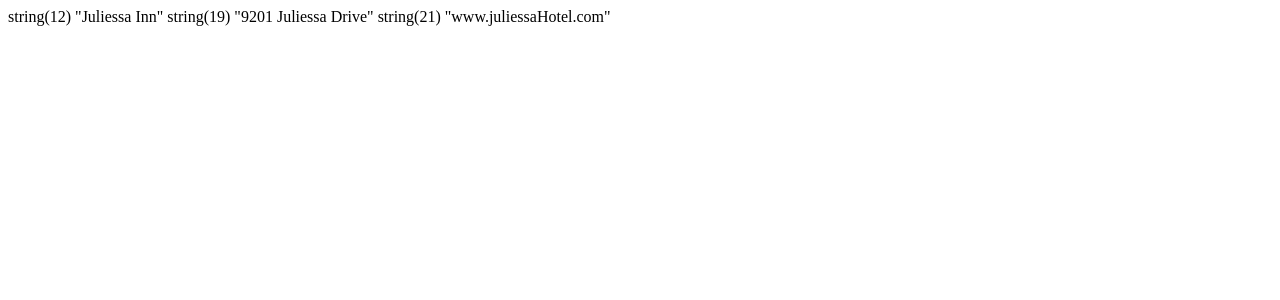
Repository: JulsR/Coding
Page: http://localhost/getData.php
These files come from the project's save history. The page is drawn as it stood at one moment and after the next save; the edit follows.
The browser window is 1280 px wide. The pictures show the whole page.
The page is run by PHP 8.4 with error messages shown; the project is at /var/www/html/.

Above is the page before, as saved 2015-03-07 19:25:13.

After the next save:
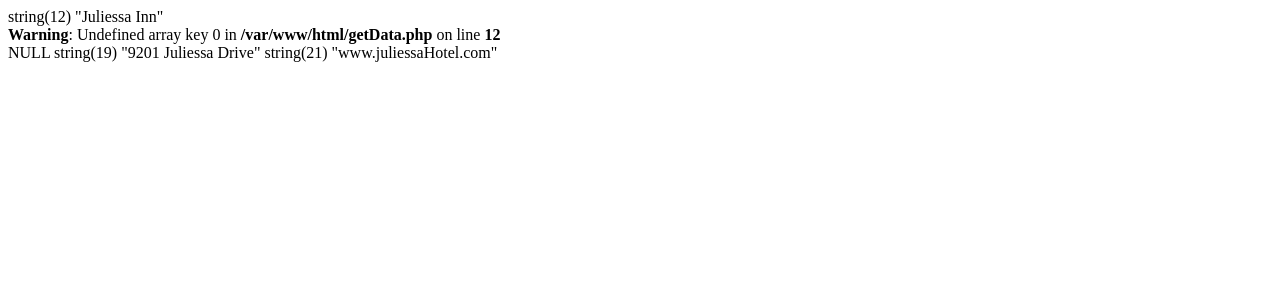
Saved 2 min 19 s later.
--- a/classProject/getData.php
+++ b/classProject/getData.php
@@ -4,11 +4,12 @@ require_once 'hotel.php'; //allows you to use the demo.php file.
 //calls the factory create method. This creates the hotel object and stores it in $ht
 $ht=HotelFactory::create();
 
-//takes the
+//takes the hotel object stored in $ht, calles the getHotelArray() method and stores the result in a new variable
 $hoteldata = $ht->getHotelArray();
 
-
+//using the new variable, $hoteldata, you can access the array elements by calling the key name.
 var_dump($hoteldata["HotelName"]);
+var_dump($hoteldata[0]);
 
 var_dump($hoteldata["HotelAddress"]);
 
